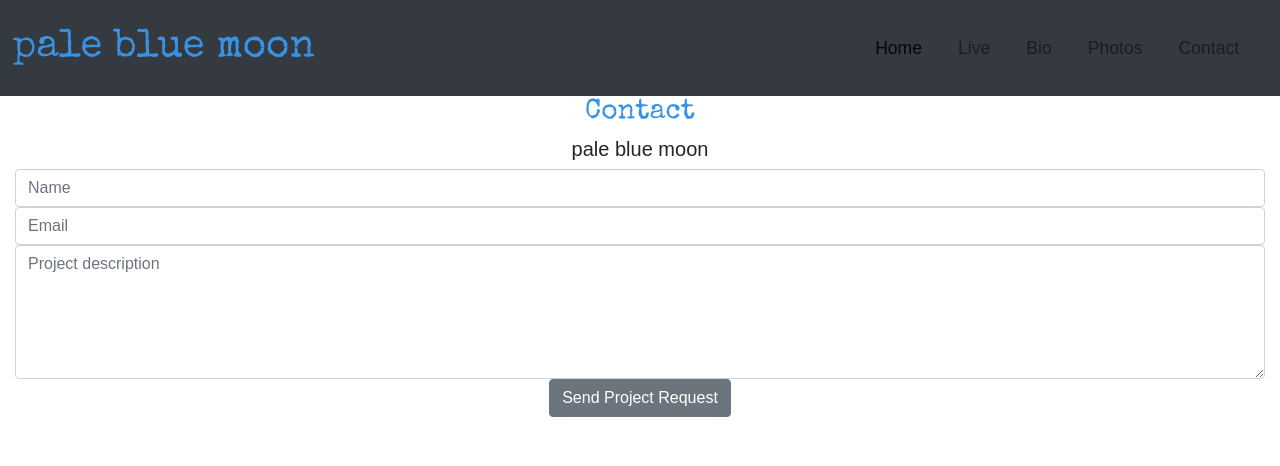
Repository: Skillabill/pale_blue_moon
Page: contact.html
The author's editor kept a record of every edit. The page is drawn from the files as they stood at one moment, then again after the next edit.
The browser window is 1280 px wide. The pictures show the whole page.
Some web fonts or font styles are not loaded; a fallback is used. Some web libraries are served in a nearby version.

Above is the page before.
Console error: ReferenceError: emailjs is not defined

### contact.html
<!DOCTYPE html>
<html lang="en">

<head>
    <meta charset="UTF-8">
    <meta name="viewport" content="width=device-width, initial-scale=1.0">
    <title>Pale Blue Moon</title>
    <meta http-equiv="X-UA-Compatible" content="ie=edge">
    <link rel="stylesheet" href="https://stackpath.bootstrapcdn.com/bootstrap/4.3.1/css/bootstrap.min.css" integrity="sha384-ggOyR0iXCbMQv3Xipma34MD+dH/1fQ784/j6cY/iJTQUOhcWr7x9JvoRxT2MZw1T" crossorigin="anonymous">
    <script src="https://code.jquery.com/jquery-3.3.1.slim.min.js" integrity="sha384-q8i/X+965DzO0rT7abK41JStQIAqVgRVzpbzo5smXKp4YfRvH+8abtTE1Pi6jizo" crossorigin="anonymous"></script>
    <script src="https://stackpath.bootstrapcdn.com/bootstrap/4.3.1/js/bootstrap.min.js" integrity="sha384-JjSmVgyd0p3pXB1rRibZUAYoIIy6OrQ6VrjIEaFf/nJGzIxFDsf4x0xIM+B07jRM" crossorigin="anonymous"></script>
    <script src="https://cdnjs.cloudflare.com/ajax/libs/popper.js/1.14.7/umd/popper.min.js" integrity="sha384-UO2eT0CpHqdSJQ6hJty5KVphtPhzWj9WO1clHTMGa3JDZwrnQq4sF86dIHNDz0W1" crossorigin="anonymous"></script>
    <link rel="stylesheet" href="https://use.fontawesome.com/releases/v5.8.1/css/all.css" integrity="sha384-50oBUHEmvpQ+1lW4y57PTFmhCaXp0ML5d60M1M7uH2+nqUivzIebhndOJK28anvf" crossorigin="anonymous">
    <link rel="stylesheet" href="https://cdnjs.cloudflare.com/ajax/libs/hover.css/2.3.1/css/hover-min.css" type="text/css" />
    <link rel="stylesheet" href="assets/css/style.css" type="text/css" />
    <link href="https://fonts.googleapis.com/css?family=Special+Elite&display=swap" rel="stylesheet">


    <script type="text/javascript" src="https://cdn.jsdelivr.net/npm/emailjs-com@2.3.2/dist/email.min.js"></script>
    <script type="text/javascript">
        (function() {
            emailjs.init("user_7mTllxTSenOQsUzbhEWF3");
        })();
    </script>
</head>

<body id="contact-page">

    <nav class="navbar navbar-expand-md navbar-light bg-dark sticky-top">
        <div class="container-fluid">
            <a class="navbar-brand" href="index.html">
			    <span class="pbm">pale blue moon</span>
			</a>
            <button class="navbar-toggler" type="button" data-toggle="collapse" data-target="#navbarResponsive">
				<span class="navbar-toggler-icon"></span>
			</button>
            <div class="collapse navbar-collapse" id="navbarResponsive">
                <ul class="navbar-nav ml-auto">
                    <li class="nav-item active">
                        <a class="nav-link" href="index.html">Home</a>
                    </li>
                    <li class="nav-item">
                        <a class="nav-link" href="live.html">Live</a>
                    </li>
                    <li class="nav-item">
                        <a class="nav-link" href="bio.html">Bio</a>
                    </li>
                    <li class="nav-item">
                        <a class="nav-link" href="photos.html">Photos</a>
                    </li>
                    <li class="nav-item">
                        <a class="nav-link" href="contact.html">Contact</a>
                    </li>

                </ul>
            </div>
        </div>
    </nav>
    <section class="container-fluid">
        <div class="row bg-color-contact">
            <div class="col">
                <h3 class="contact-heading uppercase text-center">Contact</h3>
                <h5 class="uppercase text-center">pale blue moon</h5>

                <div class="center-form">
                    <form onsubmit="return sendMail(this);" method="POST">
                        <input type="text" name="name" id="fullname" class="form-control" placeholder="Name" required />
                        <input type="email" name="email" id="emailaddress" class="form-control" placeholder="Email" required />
                        <textarea rows="5" name="projectsummary" id="projectsummary" class="form-control" placeholder="Project description" required></textarea>
                        <div class="form-row text-center">
                            <div class="col">
                                <button type="submit" class="btn btn-secondary">Send Project Request</button>
                            </div>
                        </div>
                    </form>
                </div>

            </div>
        </div>


        </footer>
        <script src="assets/js/sendEmail.js"></script>
</body>

</html>

### assets/css/style.css
@import url('https://fonts.googleapis.com/css?family=font-family:Luckiest Guy:100,200,300,400,500,600,700|Exo:100,200,300,400,500,600,700');

html,
body {
    height: 100%;
    width: 100%;
    font-family: 'Luckiest Guy', sans-serif;
}

.container,
.container-fluid,
.row {
    margin: 0;
    padding: 0;
}

p {
    margin: auto;
    padding: 20px;
}

/*---------------- NAV ------------------*/

.navbar {
    padding: .8rem;
}

.navbar-nav li {
    padding-right: 20px;
}

.nav-link {
    font-size: 1.1em;

}

.btn-link {
    background-color: transparent;
    border: none;
}

.pbm {
    font-family: 'Special Elite', cursive;
    color: #3993E5;
    font-size: 40px;
}

/*------------- MAIN PIC ------------------*/

.main-pic {
    width: 100%;
}

.main-pic-bg {
    background-color: #000;
}

/*-------------Live Page --------------*/



/*--------------Photos ----------------------*/
.table-photos{
    width: 100%;
}
tr td {
    height: 40px;
    width: 20px;
}

/*------------- SONGS -----------------------*/

.songs {
    background-color: #D5DBDB;
}

controls {
    background-color: #27AE60;
}



/*-------------Meet the Band------------------*/

.band-bg {
    background-color: #000;
    color: #3993E5;
    font-family: 'Special Elite', cursive;
}

.band-bg-1 {
    background-color: #000;
    color: #000;
}

/*----------- VIDEO -------------------*/

.video {
    background-color: #000;
    color: #3993E5;
}

h2,
h3 {
    font-family: 'Special Elite', cursive;
    color: #3993E5;
}

/*----------- CONNECT -------------------*/
.connect {
    background-color: #000;
}

.social a {
    font-size: 4.5em;
    padding: 3rem;
}

.fa-facebook {
    color: #3b5998;
}

.fa-twitter {
    color: #00aced;
}

.fa-instagram {
    color: #517fa8;
}

.fa-youtube {
    color: #bb0000;
}

.fa-facebook:hover,
.fa-twitter:hover,
.fa-instagram:hover,
.fa-youtube:hover {
    color: #3993E5;
}



/*------------ FOOTER ------------------*/

footer {
    background-color: #000;
    color: #3993E5;
    padding-top: 2rem;
}

hr.light {
    border-top: 1px solid #3993E5;
    width: 75%;
    margin-top: .8rem;
    margin-bottom: 1rem;
}

hr.light-100 {
    border-top: 1px solid #3993E5;
    width: 100%;
    margin-top: .8rem;
    margin-bottom: 1rem;
}
hr {
    border-top: 1px solid #3993E5;
    width: 100%;
    margin-top: .8rem;
    margin-bottom: 1rem;
    background-color: #000;
}

/*-------------LIVE-----------------*/

.live-img {
    margin: 0;
    padding: 0;
    width: 100%;
    height: 100%;
}

/*----------------Photos--------------*/


table-photos {
	border: 1px solid #3993E5;
	margin: 5px;
}

/*-----------Contact Page------------*/

.contact-page {
    background-color: #000;
}



/*-----Media Queries ------*/

@media (max-width: 992px) {
    .social a {
        font-size: 4em;
        padding: 2rem;
    }
}

@media (max-width: 768px) {

    .display-4 {
        font-size: 200%;
    }
    .social a {
        font-size: 2.5em;
        padding: 1.2rem;
    }
    .video {
        width: 480px;
    }
}

@media (max-width: 576px) {

    .display-4 {
        font-size: 160%;
    }
    .social a {
        font-size: 2em;
        padding: .7rem;
    }
    .video {
        width: 380px;
    }
}

### assets/js/sendEmail.js
    function sendMail(contactForm) {
        emailjs.send("gmail", "pale_blue_moon", {
                "from_name": contactForm.name.value,
                "from_email": contactForm.emailaddress.value,
                "project_request": contactForm.projectsummary.value
            })
            .then(
                function(response) {
                    console.log("SUCCESS", response);
                },
                function(error) {
                    console.log("FAILED", error);
                }
            );
        return false; // To block from loading a new page
    }

After the next edit:
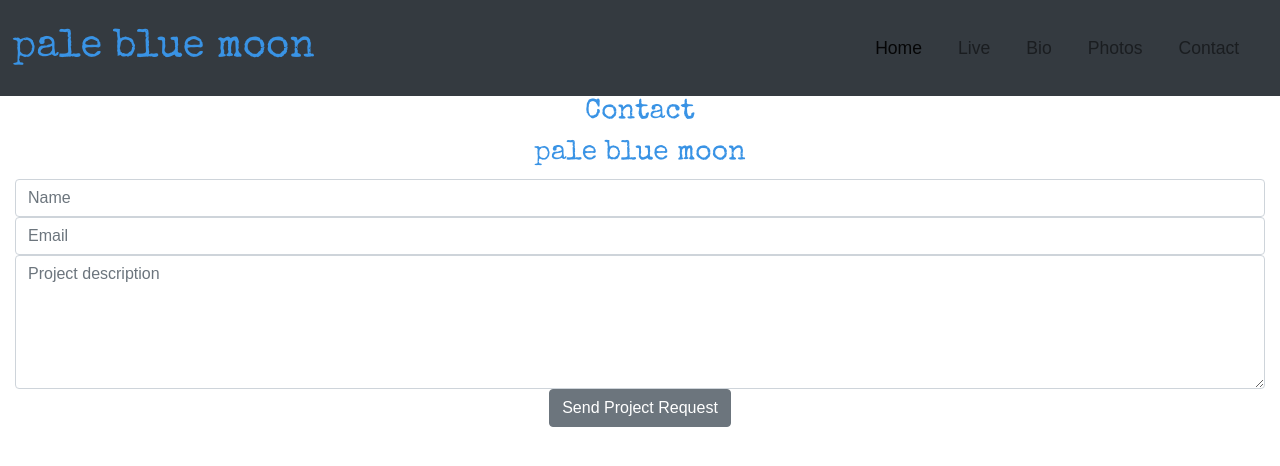
The edit:
--- a/contact.html
+++ b/contact.html
@@ -60,7 +60,7 @@
         <div class="row bg-color-contact">
             <div class="col">
                 <h3 class="contact-heading uppercase text-center">Contact</h3>
-                <h5 class="uppercase text-center">pale blue moon</h5>
+                <h3 class="uppercase text-center">pale blue moon</h3>
 
                 <div class="center-form">
                     <form onsubmit="return sendMail(this);" method="POST">
